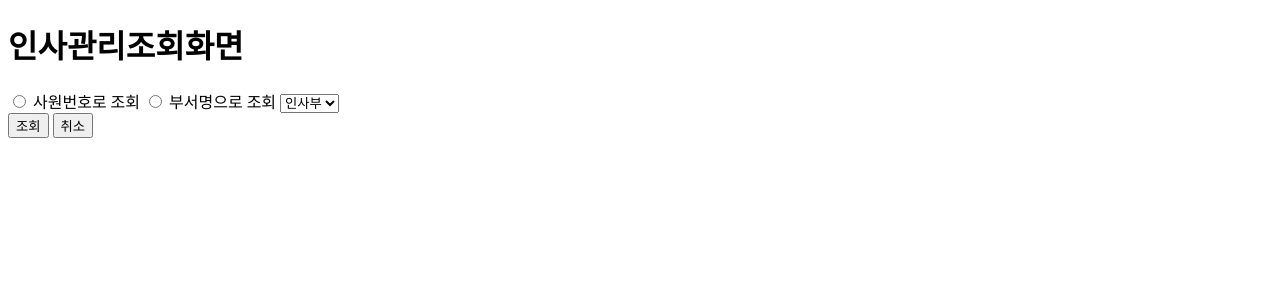
Repository: alsdud0301/jsp_study
Page: http://localhost/practice1/check.jsp
An editor plug-in stored every save of this project. The page is shown before and after the next save, followed by the edit.
The browser window is 1280 px wide. The pictures show the whole page.
The page is served by Tomcat 9. Other server files are loaded and not shown.

Above is the page before, as saved 2025-05-21 07:10:35.

### practice1/src/main/webapp/check.jsp
<%@ page language="java" contentType="text/html; charset=UTF-8"
	pageEncoding="UTF-8"%>
<!DOCTYPE html>
<html>
<head>
<meta charset="UTF-8">
<title>Insert title here</title>
</head>
<body>
	<h1>인사관리조회화면</h1>
	<form method="post" action="./getPersonlist">
		<input type="radio"> <span>사원번호로 조회</span>
		<input type="radio">
		<span>부서명으로 조회</span>
		<span>
			<select>
				<option value="인사부">인사부</option>
				<option value="경리부">경리부</option>
			</select>
		</span>
		<div>
			<input type="submit" value="조회"> <input type="button"
				value="취소">
		</div>
	</form>
</body>
</html>

After the next save:
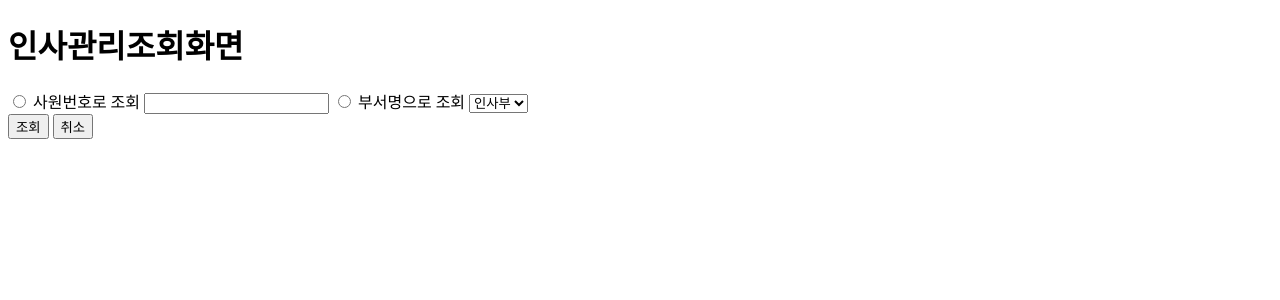
Saved 35 s later.
--- a/practice1/src/main/webapp/check.jsp
+++ b/practice1/src/main/webapp/check.jsp
@@ -9,7 +9,9 @@
 <body>
 	<h1>인사관리조회화면</h1>
 	<form method="post" action="./getPersonlist">
-		<input type="radio"> <span>사원번호로 조회</span>
+		<input type="radio">
+		<span>사원번호로 조회</span>
+		<span><input type="text"></span>
 		<input type="radio">
 		<span>부서명으로 조회</span>
 		<span>
